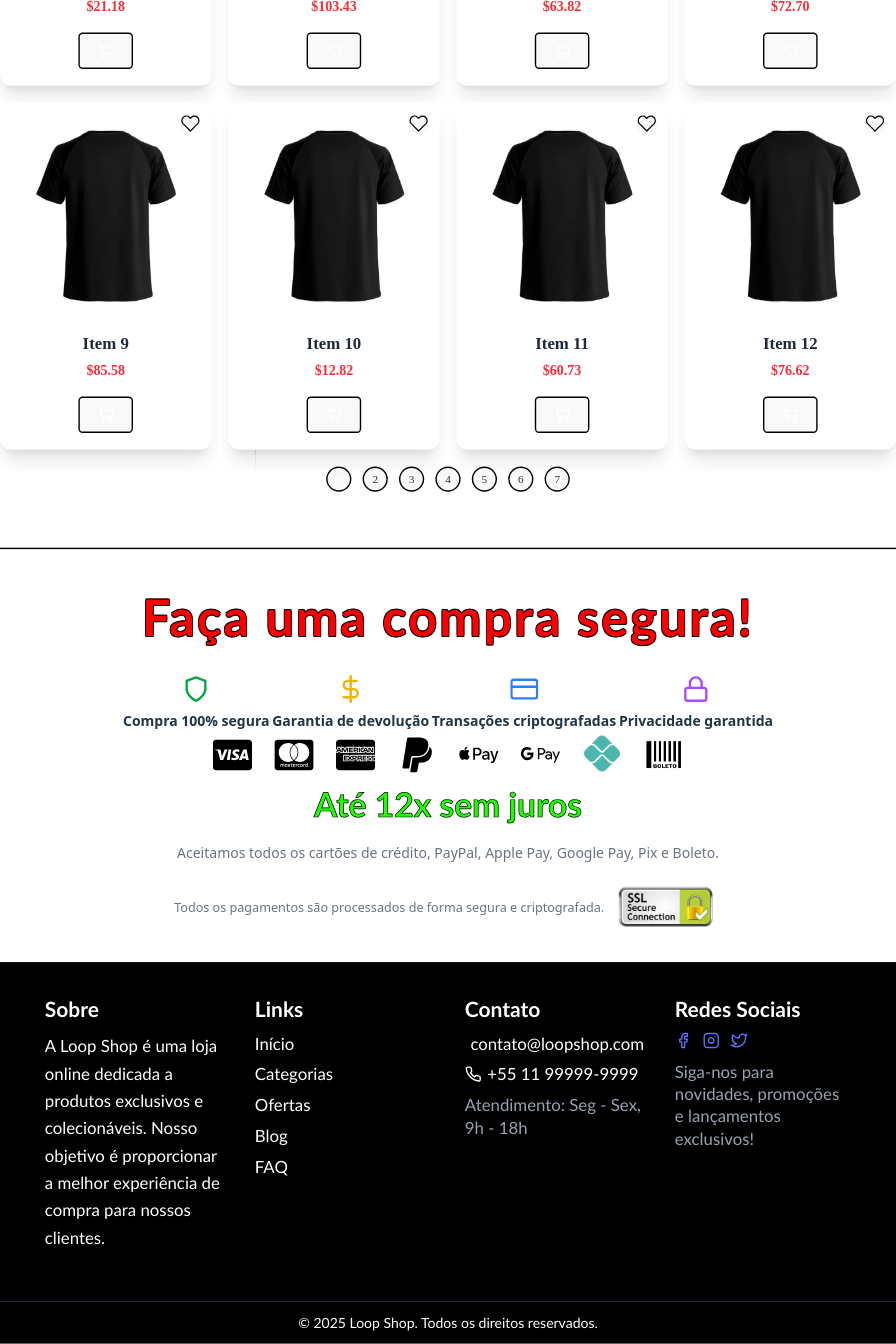
Repository: Kevin-Pro-Codes/looping-e-commerce
Page: / (app in loop-client/)
These files come from the project's save history. The page is drawn as it stood at one moment and after the next save; the edit follows.
The browser window is 1280 px wide. The pictures show the part of the page from y = 1408 to 3328 px (the page is 3328 px tall before and 3312 px after), at 70% of full size.
The project was rebuilt for these pictures with package versions that can differ from the ones it lists, and the page was loaded fresh each time. Also part of the build but not shown: loop-client/vite.config.js.

Above is the page before, as saved 2025-10-02 19:12:39.

After the next save:
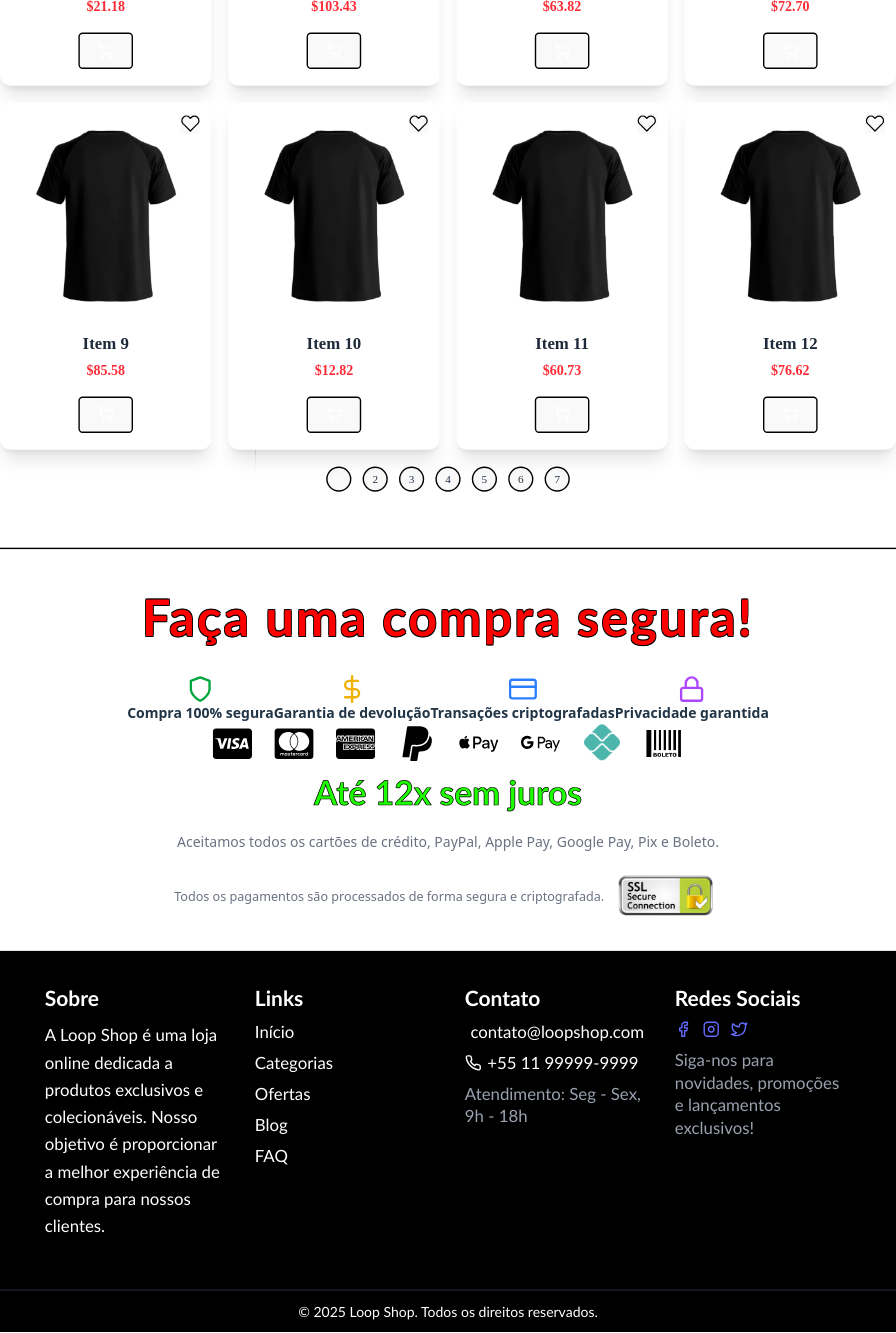
Saved 94 s later.
--- a/loop-client/src/components/Pagamento.jsx
+++ b/loop-client/src/components/Pagamento.jsx
@@ -40,25 +40,25 @@ const Pagamento = () => {
 
 
 
-        {/* Selos de segurança */}
-        <div className="flex flex-col md:flex-row items-center justify-center gap-1 mb-1 text-center">
-          <div className="flex flex-col items-center gap-3">
-            <FiShield size={40} className="text-green-600" />
-            <p className="text-xl font-semibold">Compra 100% segura</p>
-          </div>
-          <div className="flex flex-col items-center gap-3">
-            <FiDollarSign size={40} className="text-yellow-500" />
-            <p className="text-xl font-semibold">Garantia de devolução</p>
-          </div>
-          <div className="flex flex-col items-center gap-3">
-            <FiCreditCard size={40} className="text-blue-500" />
-            <p className="text-xl font-semibold">Transações criptografadas</p>
-          </div>
-          <div className="flex flex-col items-center gap-3">
-            <FiLock size={40} className="text-purple-500" />
-            <p className="text-xl font-semibold">Privacidade garantida</p>
-          </div>
-        </div>
+      {/* Selos de segurança */}
+<div className="flex flex-row items-center justify-center text-center">
+  <div className="flex flex-col items-center gap-0">
+    <FiShield size={40} className="text-green-600" />
+    <p className="text-xl font-semibold m-0">Compra 100% segura</p>
+  </div>
+  <div className="flex flex-col items-center gap-0">
+    <FiDollarSign size={40} className="text-yellow-500" />
+    <p className="text-xl font-semibold m-0">Garantia de devolução</p>
+  </div>
+  <div className="flex flex-col items-center gap-0">
+    <FiCreditCard size={40} className="text-blue-500" />
+    <p className="text-xl font-semibold m-0">Transações criptografadas</p>
+  </div>
+  <div className="flex flex-col items-center gap-0">
+    <FiLock size={40} className="text-purple-500" />
+    <p className="text-xl font-semibold m-0">Privacidade garantida</p>
+  </div>
+</div>
 
         {/* Formas de pagamento */}
         <div className="flex flex-row flex-wrap items-center justify-center gap-8 mb-4">
